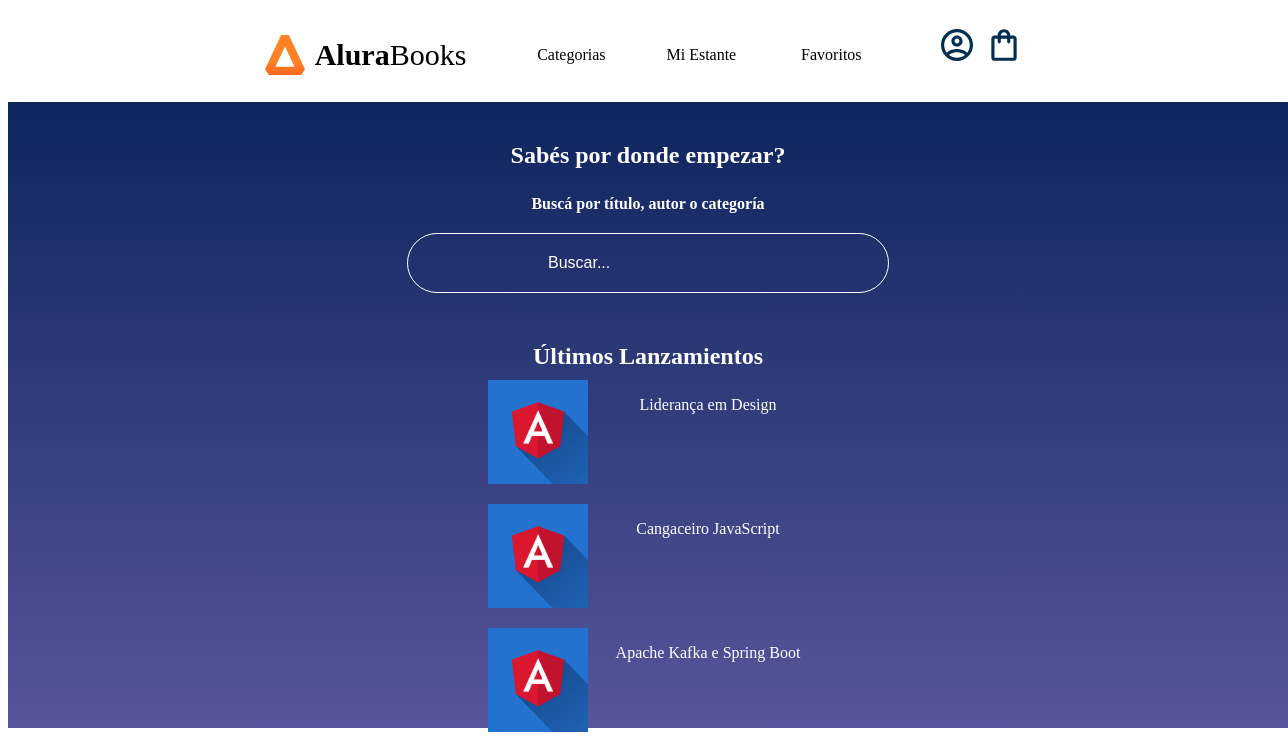
Repository: SandroG1977/Alura.Books
Page: /
These files come from the project's save history. The page is drawn as it stood at one moment and after the next save; the edit follows.
The browser window is 1280 px wide. The page is 1288 px wide, so the pictures cover 1288 px, including what lies to the right of the window. The pictures show the whole page.
The project was rebuilt for these pictures with package versions that can differ from the ones it lists, and the page was loaded fresh each time.

Above is the page before, as saved 2026-04-09 17:19:54.

After the next save:
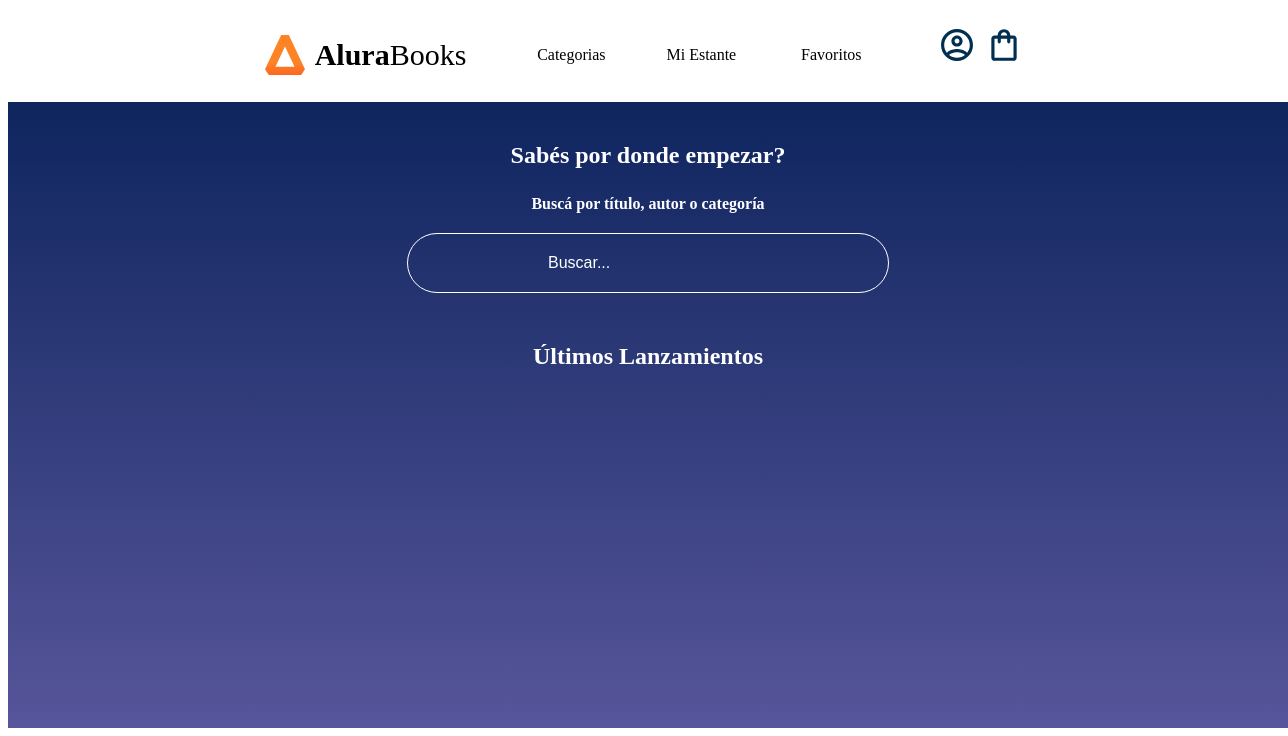
Saved 52 s later.
--- a/src/components/UltimoLanzamientos/index.js
+++ b/src/components/UltimoLanzamientos/index.js
@@ -35,7 +35,7 @@
         <section>
             <Titulo>Últimos Lanzamientos</Titulo>
             {livros.map(livro => {
-                return (
+                (
                     <LibroContainer key={livro.id}>
                         <img src={livro.src} alt={livro.nome} />
                         <p>{livro.nome}</p>
